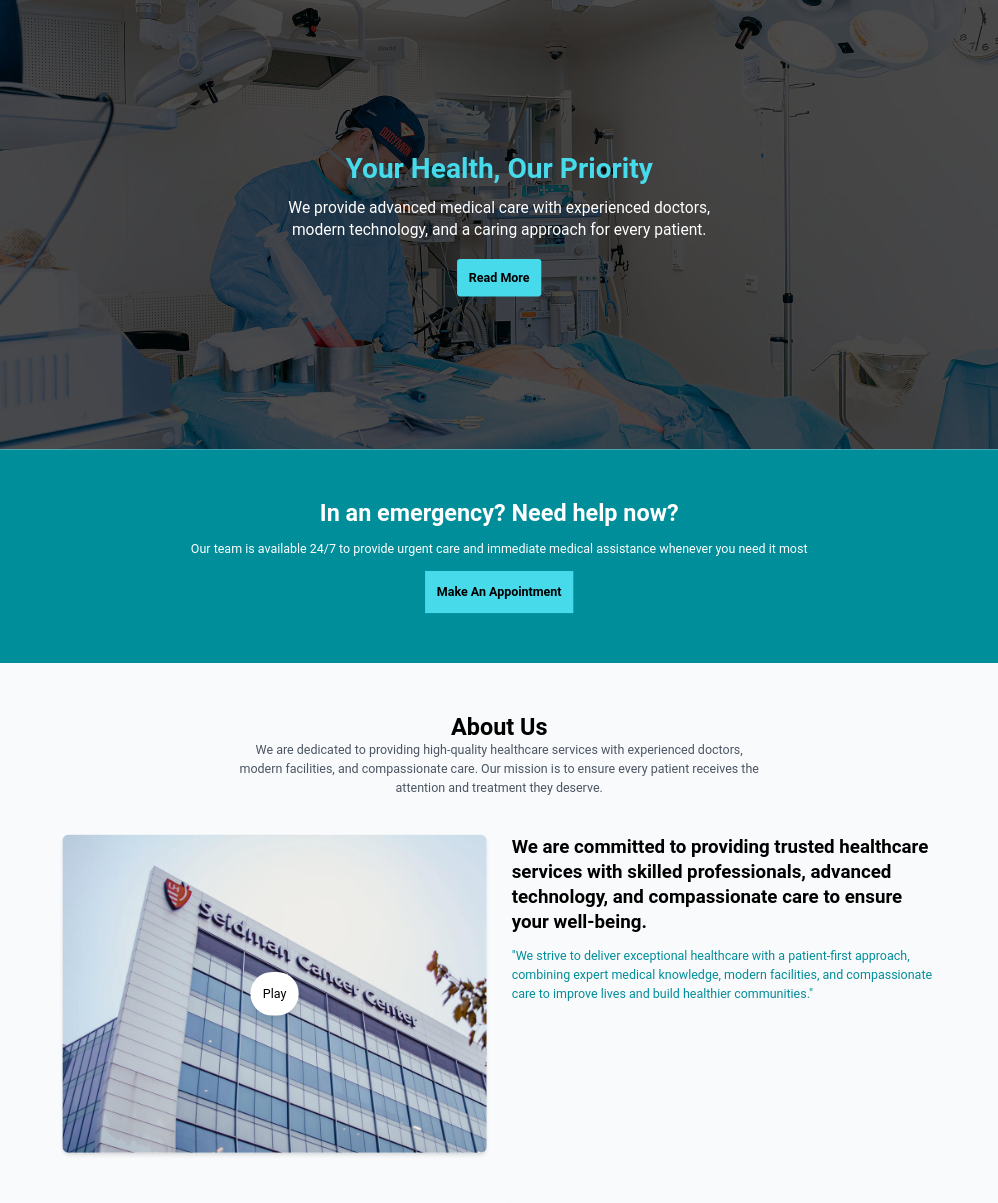
Repository: ahmedkhaleddev02-del/DoctorAppointment-MERN
Page: / (app in frontend/frontend/)
An editor plug-in stored every save of this project. The page is shown before and after the next save, followed by the edit.
The browser window is 1280 px wide. The pictures show the whole page, at 78% of full size.
The project was rebuilt for these pictures with package versions that can differ from the ones it lists, and the page was loaded fresh each time.

Above is the page before, as saved 2025-07-27 18:11:25.

### frontend/frontend/src/index.css
@tailwind base;
@tailwind components;
@tailwind utilities;
@import url('https://fonts.googleapis.com/css2?family=Liter&family=Outfit:wght@100..900&family=Roboto:ital,wght@0,100..900;1,100..900&family=Sansita:ital,wght@0,400;0,700;0,800;0,900;1,400;1,700;1,800;1,900&display=swap');

@import "slick-carousel/slick/slick.css";
@import "slick-carousel/slick/slick-theme.css";


*,body{
  font-family: roboto;
}


button{
  background: #46daea !important;
  padding: 15px;
  color:black;
  font-weight: bold;
  transition: ease-in-out 0.3s !important;


}

button:hover{
  background: #43b0ba !important;
}

### frontend/frontend/src/App.js
import Home from "./pages/Home";
function App() {
  return (
    <>

    <Home/>
    </>
  );
}

export default App;

### frontend/frontend/src/pages/Home.jsx
import React from 'react'
import CallToAction from '../components/CallToAction'
import HeroSlider from '../components/HeroSlider'
import About from '../components/About'
function Home() {
  return (
    <div>
        <HeroSlider/>
        <CallToAction/>
        <About/>

    </div>
  )
}

export default Home

### frontend/frontend/src/components/CallToAction.jsx
import React from 'react'

function CallToAction() {
  return (
    <section  className="bg-[#008e9b] text-white py-16">
        <div className='max-w-4xl mx-auto text-center px-4'>
        <h3 className='text-3xl font-bold mb-4'> In an emergency? Need help now?</h3>
        <p className='mt-2 mb-2'>Our team is available 24/7 to provide urgent care and immediate medical assistance whenever you need it most</p>

        <button className='mt-2'>Make An Appointment</button>
        </div>

    </section>
  )
}

export default CallToAction

### frontend/frontend/src/components/HeroSlider.jsx
import React from 'react'
import Slider from "react-slick";
import carousel_1 from "../img/hero-carousel/hero-carousel-1.jpg"

import carousel_2 from "../img/hero-carousel/hero-carousel-2.jpg"


import carousel_3 from "../img/hero-carousel/hero-carousel-3.jpg"

function HeroSlider() {

const settings = {
    dots: true,
    infinite: true,
    autoplay: true,
    autoplaySpeed: 5000,
    fade: true,
    arrows: false
  };


  const slides = [
  {
    image: carousel_1,
    title: "Your Health, Our Priority",
    text: "We provide advanced medical care with experienced doctors, modern technology, and a caring approach for every patient.",
  },
  {
    image: carousel_2,
    title: "Specialized Medical Services",
    text: "From cardiology to pediatrics, our expert teams are ready to help you and your family stay healthy and safe.",
  },
  {
    image: carousel_3,
    title: "Easy Online Appointments",
    text: "Book your appointment quickly and conveniently with top doctors at your preferred time.",
  }
];



  return (
    <section className='relative w-full h-[80vh] overflow-hidden' >
        <Slider {...settings}>
                {slides.map((slide,index)=>(
                    <div  key={index} className="relative w-full h-[80vh]">

                <img  src={slide.image}   className="w-full h-full object-cover"/>

            <div className="absolute inset-0 bg-black bg-opacity-70 flex flex-col justify-center items-center text-center text-white px-4">

                    <h2 className='text-4xl text-[#46daea] font-bold mb-4'>{slide.title}</h2>

             <p className="max-w-xl text-xl ">{slide.text}</p>

             <button className="mt-6 inline-block  py-3 rounded ">
              Read More

             </button>

                </div>

                    </div>
                ))}


        </Slider>
    </section >
  )
}

export default HeroSlider

### frontend/frontend/src/components/About.jsx
import React from 'react'
import AboutUs from "../img/about.jpg"
function About() {
  return (
    <section className="py-16 bg-gray-50">

        <div className='text-center mb-12'>
            <h2 className='text-3xl font-bold'>About Us</h2>
        <p className="text-gray-600 max-w-2xl mx-auto">
        We are dedicated to providing high-quality healthcare services with experienced doctors,
        modern facilities, and compassionate care. Our mission is to ensure every patient receives
        the attention and treatment they deserve.
        </p>


        </div>

        <div className='max-w-6xl mx-auto grid sm:grid-cols-1 md:grid-cols-2 gap-8 px-4'>
            <div className='relative'>
                <img src={AboutUs}  className="rounded-lg shadow-md"/>
                <a href='https://www.youtube.com/watch?v=Y7f98aduVJ8' className="absolute inset-0 flex items-center justify-center">

                <div className='bg-white rounded-full p-4 shadow-lg hover:scale-110 transition'>
                    Play
                </div>




                </a>
            </div>

            <div>
                <h3 className='text-2xl font-semibold mb-4'>We are committed to providing trusted healthcare services with skilled professionals, advanced technology, and compassionate care to ensure your well-being.</h3>
                <p className='text-[#008e9b]'>"We strive to deliver exceptional healthcare with a patient-first approach, combining expert medical knowledge, modern facilities, and compassionate care to improve lives and build healthier communities."</p>


            </div>
        </div>


    </section>
  )
}

export default About

Loaded but not shown: frontend/frontend/public/index.html (common file); frontend/frontend/src/index.js (common file); frontend/frontend/tailwind.config.js (common file)

After the next save:
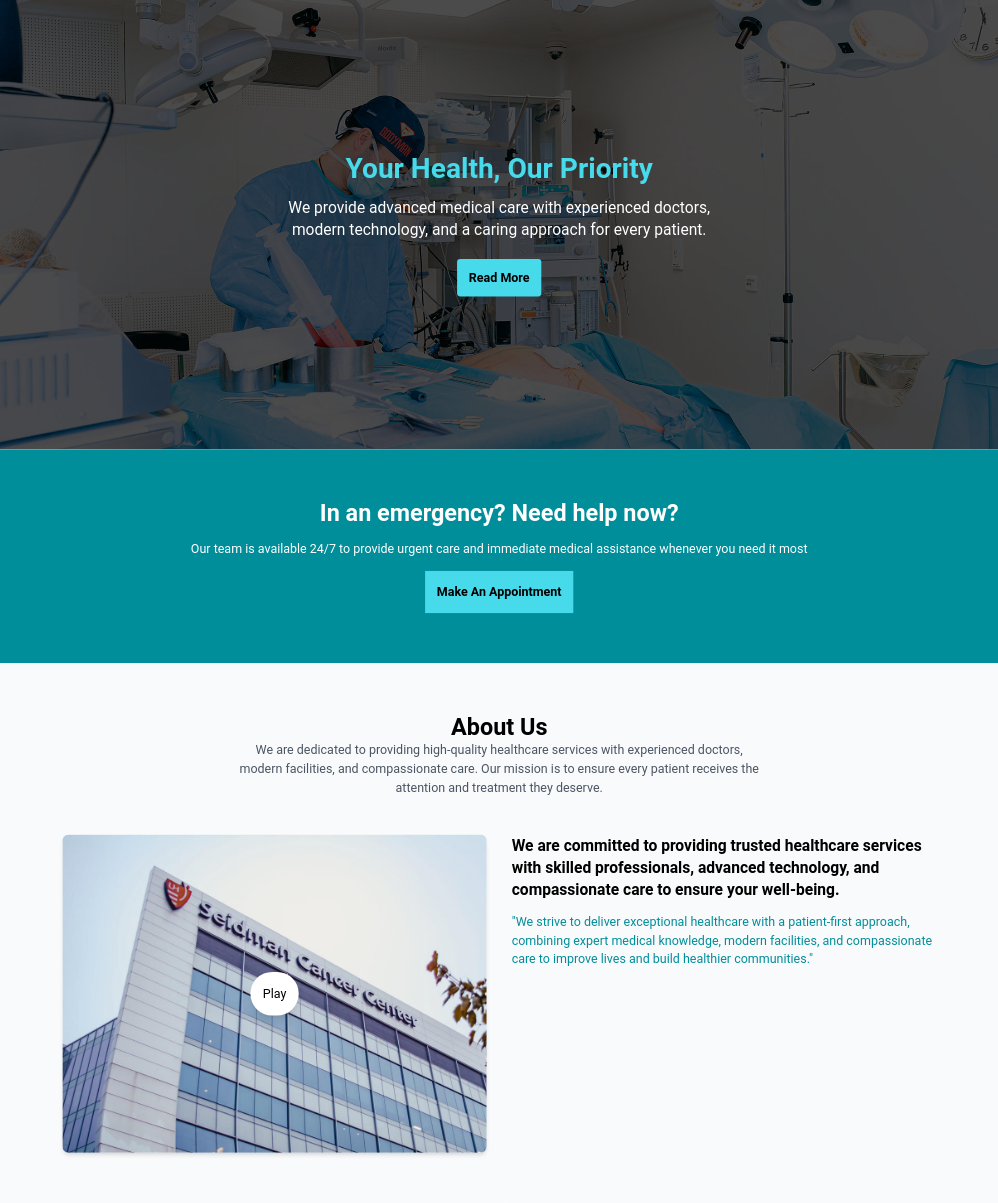
Saved 25 s later.
--- a/frontend/frontend/src/components/About.jsx
+++ b/frontend/frontend/src/components/About.jsx
@@ -31,7 +31,7 @@
             </div>
 
             <div>
-                <h3 className='text-2xl font-semibold mb-4'>We are committed to providing trusted healthcare services with skilled professionals, advanced technology, and compassionate care to ensure your well-being.</h3>
+                <h3 className='text-xl font-semibold mb-4'>We are committed to providing trusted healthcare services with skilled professionals, advanced technology, and compassionate care to ensure your well-being.</h3>
                 <p className='text-[#008e9b]'>"We strive to deliver exceptional healthcare with a patient-first approach, combining expert medical knowledge, modern facilities, and compassionate care to improve lives and build healthier communities."</p>
 
 
